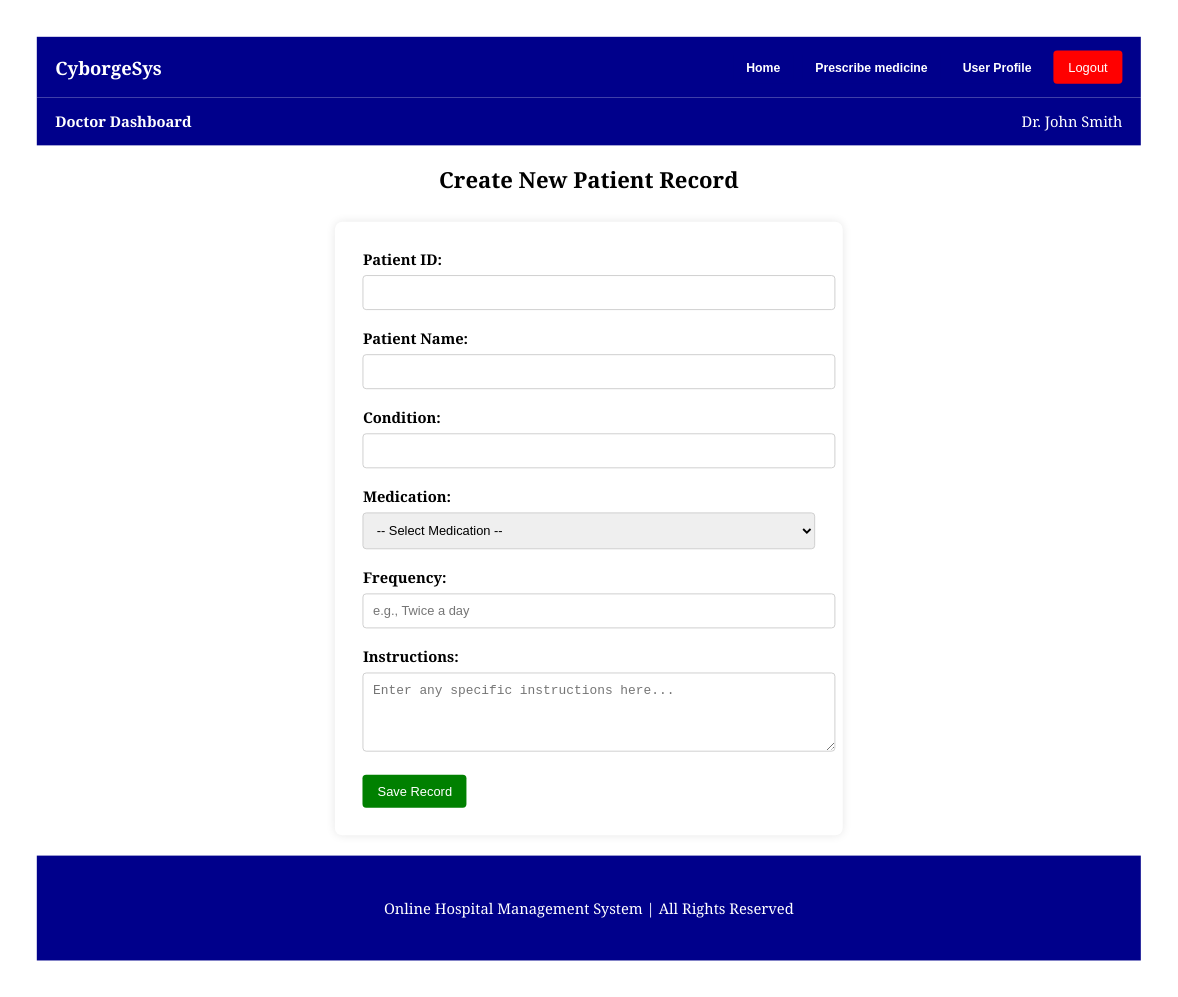
Repository: BinuriJ/HospitalSystem
Page: http://localhost/CyborgSys/DocDashCreate.jsp
The author's editor kept a copy of each file at every save. The page is drawn from the files as they stood at one save, then again after the next save.
The browser window is 1280 px wide. The pictures show the whole page, at 92% of full size.
The page is served by Tomcat 9.

Above is the page before, as saved 2025-05-10 06:04:00.

### CyborgSys/WebContent/DocDashCreate.jsp
<%@ page language="java" contentType="text/html; charset=UTF-8"
    pageEncoding="UTF-8"%>
<!DOCTYPE html>
<%@ include file="DocterDashboardstyles.jsp" %>
<html>
<head>
<meta charset="UTF-8">
<title>Create new record</title>
<style>
    	<jsp:include page="footerCss.jsp" />
</style>
</head>

<body>

<jsp:include page="header.jsp" />

<div class="top-bar">
    <div><strong>Doctor Dashboard</strong></div>
    <div>
        <span>Dr. John Smith</span>
    </div>
</div>

<h2>Create New Patient Record</h2>

<form action="submitRecord.jsp" method="post">
    <label for="patientId">Patient ID:</label>
    <input type="text" id="patientId" name="patientId" required>

    <label for="patientName">Patient Name:</label>
    <input type="text" id="patientName" name="patientName" required>

    <label for="condition">Condition:</label>
    <input type="text" id="condition" name="condition" required>

    <label for="medication">Medication:</label>
    <select id="medication" name="medication" required>
        <option value="">-- Select Medication --</option>
        <option value="Paracetamol">Paracetamol</option>
        <option value="Ibuprofen">Ibuprofen</option>
        <option value="Amoxicillin">Amoxicillin</option>
        <option value="Azithromycin">Azithromycin</option>
    </select>

    <label for="frequency">Frequency:</label>
    <input type="text" id="frequency" name="frequency" placeholder="e.g., Twice a day" required>

    <label for="instructions">Instructions:</label>
    <textarea id="instructions" name="instructions" rows="4" cols="40" placeholder="Enter any specific instructions here..."></textarea>

    <button class="btn btn-submit" type="submit">Save Record</button>
</form>

<br>

 <jsp:include page="footer.jsp" />

</body>
</html>

### CyborgSys/WebContent/DocterDashboardstyles.jsp
<style>
body {
    font-family: Cambria, sans-serif;
    padding: 40px;
    margin: 0;
    background-color: white;
}

.top-bar {
    background-color: darkblue;
    color: white;
    padding: 15px 20px;
    display: flex;
    justify-content: space-between;
    align-items: center;
}

.container {
    padding: 20px;
}

.header {
    display: flex;
    justify-content: space-between;
    align-items: center;
    margin-bottom: 20px;
}

.btn {
    padding: 10px 16px;
    border: none;
    border-radius: 4px;
    cursor: pointer;
    font-size: 14px;
}

.btn-create {
    background-color: green;
    color: white;
}

.btn-create:hover {
    background-color: darkgreen;
}

.btn-edit {
    background-color: green;
    color: white;
}

.btn-edit:hover {
    background-color: darkgreen;
}

.btn-delete {
    background-color: red;
    color: white;
}

.btn-delete:hover {
    background-color: darkred;
}

.btn-submit {
    background-color: green;
    color: white;
}

.btn-submit:hover {
    background-color: darkgreen;
}


table {
    width: 100%;
    border-collapse: collapse;
    background-color: white;
}

th, td {
    border: 1px solid #ddd;
    padding: 12px;
    text-align: center;
}

th {
    background-color: #f2f2f2;
}

.actions {
    display: flex;
    gap: 10px;
}

h2 {
    text-align: center;
    margin-bottom: 30px;
    color: black;
}

form {
    max-width: 500px;
    margin: 0 auto;
    background-color: white;
    padding: 30px;
    border-radius: 8px;
    box-shadow: 0 0 10px rgba(0,0,0,0.1);
}

label {
    display: block;
    margin-bottom: 6px;
    font-weight: bold;
    color: black;
}

input[type="text"],
select,
textarea {
    width: 100%;
    padding: 10px;
    margin-bottom: 20px;
    border: 1px solid #ccc;
    border-radius: 4px;
    font-size: 14px;
}

textarea {
    resize: vertical;
}








</style>

### CyborgSys/WebContent/footerCss.jsp
<style>

html, body {
    height: 100%; /* Make the html and body take full height of the viewport */
}

body {
    display: flex;
    flex-direction: column; /* Use flexbox to arrange content vertically */
    min-height: 100vh; /* Make body take the full height of the viewport */
}

.container {
    flex: 1; /* Let the main content expand to fill the available space */
}

footer {
    background-color: darkblue; /* Dark background for the footer */
    color: white; /* White text */
    padding: 10px 0; /* Padding for the footer */
    text-align: center; /* Center the footer text */
}

</style>

### CyborgSys/WebContent/header.jsp
<%@ page language="java" contentType="text/html; charset=UTF-8" pageEncoding="UTF-8"%>
<%@ include file="HeaderCss.jsp" %>
<!DOCTYPE html>
<html>
<head>
  <meta charset="UTF-8">
  <title>Common Header</title>
</head>
<body>

<div class="nav-header">
  <div class="logo">CyborgeSys</div>
  <div class="nav-buttons">
    <button class="header-btn">Home</button>
    <button class="header-btn">Prescribe medicine</button>
    <button class="header-btn">User Profile</button>
    <button class="btn btn-logout">Logout</button>
  </div>
</div>

</body>
</html>

### CyborgSys/WebContent/HeaderCss.jsp
<style>
body {
  margin: 0;
  font-family: Cambria, sans-serif;
}

.nav-header {
  background-color: darkblue;
  padding: 15px 20px;
  display: flex;
  justify-content: space-between;
  align-items: center;
  color: white;
}

.logo {
  font-size: 20px;
  font-weight: bold;
}

.nav-buttons {
  display: flex;
  gap: 10px;
}

.header-btn {
  background-color: darkblue;
  color: white;
  border: none;
  padding: 8px 14px;
  border-radius: 4px;
  cursor: pointer;
  font-weight: bold;
}

.header-btn:hover {
  background-color: slategray;
}

.btn-logout {
  background-color: red;
  color: white;
}

.btn-logout:hover {
  background-color: darkred;
}
</style>

### CyborgSys/WebContent/footer.jsp
<!-- footer.jsp -->
<footer class="bg-dark text-light py-3">
    <div class="container text-center">
        <p>Online Hospital Management System | All Rights Reserved</p>
    </div>
</footer>

After the next save:
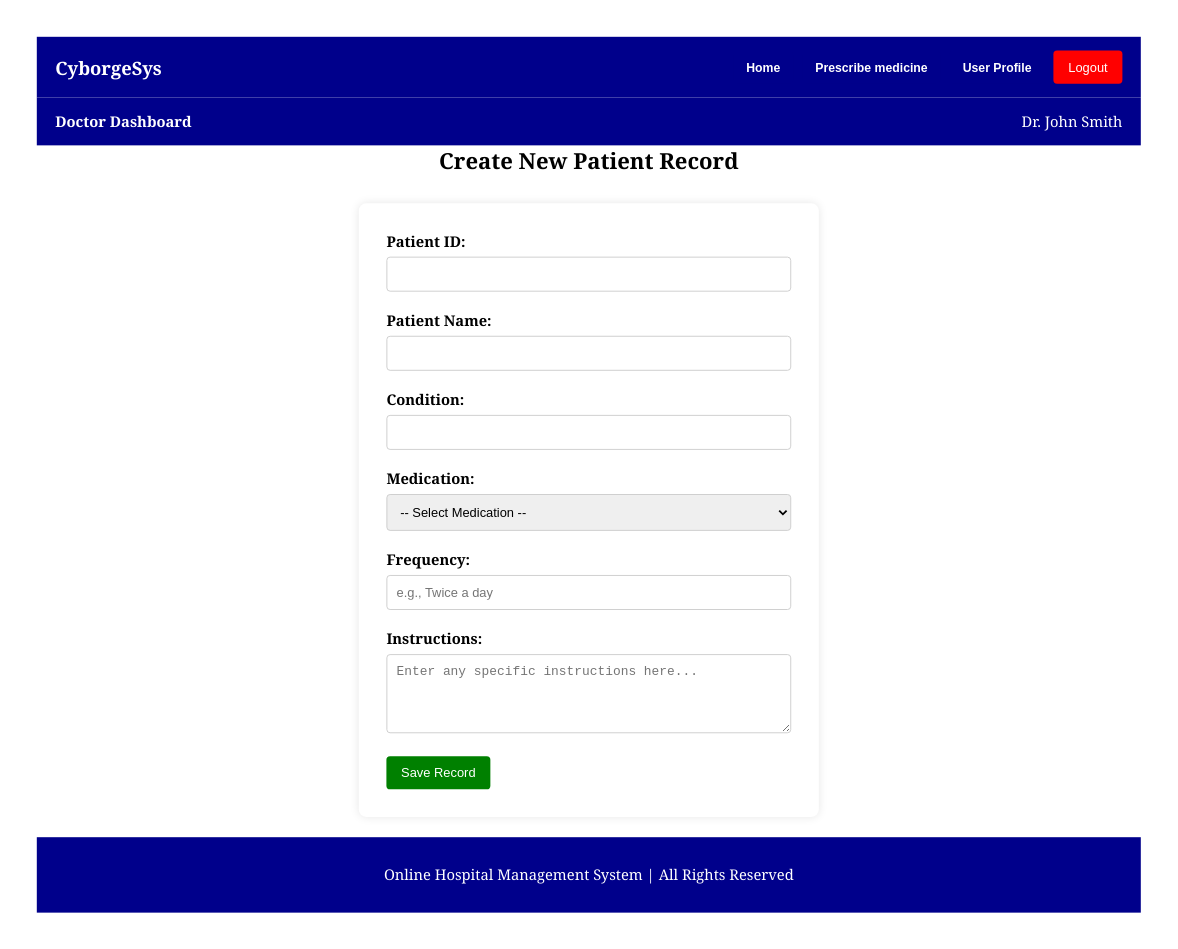
Saved 111 s later.
--- a/CyborgSys/WebContent/DocterDashboardstyles.jsp
+++ b/CyborgSys/WebContent/DocterDashboardstyles.jsp
@@ -1,4 +1,11 @@
 <style>
+
+* {
+    margin: 0;
+    padding: 0;
+    box-sizing: border-box;
+}
+
 body {
     font-family: Cambria, sans-serif;
     padding: 40px;
